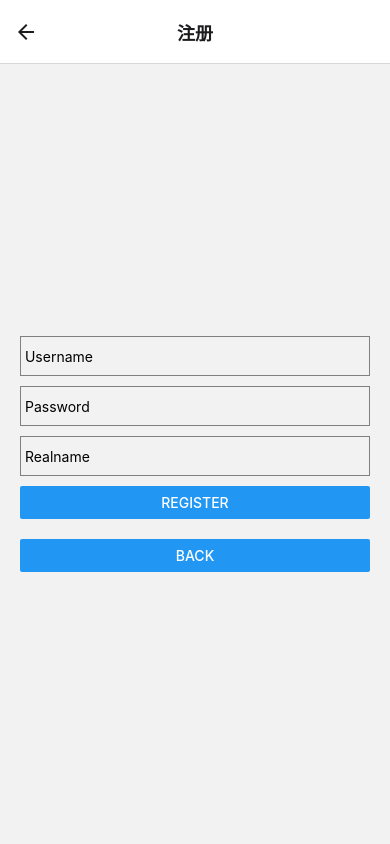
Repository: RidenShogunei/reactnative--make-an-app
Screen: /register (app in Myapp/)
The author's editor kept a copy of each file at every save. The screen is drawn from the files as they stood at one save, then again after a run of saves.
The app was drawn by React Native's web renderer in a window 390 px wide. The project was rebuilt for these pictures with package versions that can differ from the ones it lists, and the page was loaded fresh each time. Also part of the build but not shown: Myapp/pages/main.jsx.

Above is the screen before, as saved 2024-04-20 20:49:31.

### Myapp/App.js
import { NavigationContainer } from '@react-navigation/native';
import { createStackNavigator } from '@react-navigation/stack';

const Stack = createStackNavigator();
import Login from './pages/login'
import Register from './pages/register'
import Main from './pages/main'
function App() {
  return (
    <NavigationContainer>
      <Stack.Navigator initialRouteName="login">
        <Stack.Screen
          name="login"
          component={Login}
          options={{
            title: '登录',
            headerTitleAlign: 'center', // 设置标题居中
            headerTitleStyle: {
              fontWeight: 'bold', // 设置标题字体为粗体
            },
          }}
        />
        <Stack.Screen
          name="register"
          component={Register}
          options={{
            title: '注册',
            headerTitleAlign: 'center', // 设置标题居中
            headerTitleStyle: {
              fontWeight: 'bold', // 设置标题字体为粗体
            },
          }}
        />
         <Stack.Screen
          name="main"
          component={Main}
          options={{
            title: '主页',
            headerTitleAlign: 'center', // 设置标题居中
            headerTitleStyle: {
              fontWeight: 'bold', // 设置标题字体为粗体
            },
          }}
        />
      </Stack.Navigator>
    </NavigationContainer>
  );
}

export default App;

### Myapp/pages/login.jsx
// Login.jsx
import React, { useState, useEffect } from "react";
import { View, TextInput, Button, StyleSheet } from "react-native";
import { useNavigation } from "@react-navigation/native";
import api from "../api/login";
const Login = () => {
  const [username, setUsername] = useState("");
  const [password, setPassword] = useState("");
  const navigation = useNavigation();
  useEffect(() => {
    navigation.setOptions({ headerShown: false });
}, []);

  const handleLogin = async () => {
    try {
      const result = await api.login(username,password);
      console.log("登录的结果是：", result);
      if (result.data && result.data !== "fail") {
        alert("登录成功！");
        navigation.navigate("main")
        // 在这里存储用户信息
      } else {
        alert("登录失败，用户名或密码错误");
      }
    } catch (error) {
      console.log("登录失败：", error);
      alert("登录失败，请稍后再试");
    }
  };
  return (
    <View style={styles.container}>
      <TextInput
        style={styles.input}
        placeholder=" Username"
        value={username}
        onChangeText={setUsername}
      />
      <TextInput
        style={styles.input}
        placeholder=" Password"
        secureTextEntry
        value={password}
        onChangeText={setPassword}
      />

      <View style={styles.buttonContainer}>
        <Button title="Login" onPress={handleLogin} />
        <View style={styles.spacingView} />
        <Button
          title="Register"
          onPress={() => navigation.navigate("register")}
        />
      </View>
    </View>
  );
};

const styles = StyleSheet.create({
  container: { flex: 1, padding: 20, justifyContent: "center" },
  input: { height: 40, borderColor: "gray", borderWidth: 1, marginBottom: 10 },
  buttonContainer: {
    justifyContent: "center",
  },
  spacingView: {
    height: 20, // 调整这个值可以改变按钮之间的距离
  },
});
export default Login;

### Myapp/pages/register.jsx
// Register.jsx
import React, { useState, useEffect } from "react";
import { View, TextInput, Button, StyleSheet } from "react-native";
import { useNavigation } from "@react-navigation/native";
import api from "../api/login";
const Register = () => {
  const [username, setUsername] = useState("");
  const [password, setPassword] = useState("");
  const [Realname, setRealname] = useState("");
  const navigation = useNavigation();

  const handleRegister = async () => {
    try {
      const result = await api.register(username, password, Realname);
      if (result.data && result.data !== "fail") {
        alert("注册成功!!");
        navigation.navigate("main");
      } else {
        alert(result.message);
      }
    } catch (error) {
      console.log("注册失败:", error);
      alert("登录失败，发生了一些错误，稍后再试");
    }
  };

  return (
    <View style={styles.container}>
      <TextInput
        style={styles.input}
        placeholder=" Username"
        value={username}
        onChangeText={setUsername}
      />
      <TextInput
        style={styles.input}
        placeholder=" Password"
        secureTextEntry
        value={password}
        onChangeText={setPassword}
      />
      <TextInput
        style={styles.input}
        placeholder=" Realname"
        secureTextEntry
        value={Realname}
        onChangeText={setRealname}
      />
      <View style={styles.buttonContainer}>
        <Button title="Register" onPress={handleRegister} />
        <View style={styles.spacingView} />
        <Button title="Back" onPress={() => navigation.navigate("login")} />
      </View>
    </View>
  );
};

const styles = StyleSheet.create({
  container: { flex: 1, padding: 20, justifyContent: "center" },
  input: { height: 40, borderColor: "gray", borderWidth: 1, marginBottom: 10 },
  buttonContainer: {
    justifyContent: "center",
  },
  spacingView: {
    height: 20, // 调整这个值可以改变按钮之间的距离
  },
});

export default Register;

### Myapp/api/login.js
import axios from 'axios';

const login = async (username, password) => {
    const data = {
        username: username,
        password: password
    };
    try {
        const response = await axios.post('https://chenjinxu.top:6002/login', data);
        console.log(`${process.env.REACT_APP_API_URL}/login`,data)
        return response.data;
    } catch (error) {
        console.error('Error during API Call', error);
        return { error: error.message };
    }
};

const register=async (username, password,realname) => {
    const data = {
        username: username,
        password: password,
        realname:realname,
    };
    try {
        const response = await axios.post('https://chenjinxu.top:6002/register', data);
        return response.data;
    } catch (error) {
        console.error('Error during API Call', error);
        return { error: error.message };
    }
};

const  confirm=async (uid) => {
    const data = {
        uid:uid
    };
    try {
        const response = await axios.post('https://chenjinxu.top:6002/getconfirm', data);
        return response.data;
    } catch (error) {
        console.error('Error during API Call', error);
        return { error: error.message };
    }
};
const api = {
    login,
    register,
    confirm
};

export default api;

After the next 2 saves:
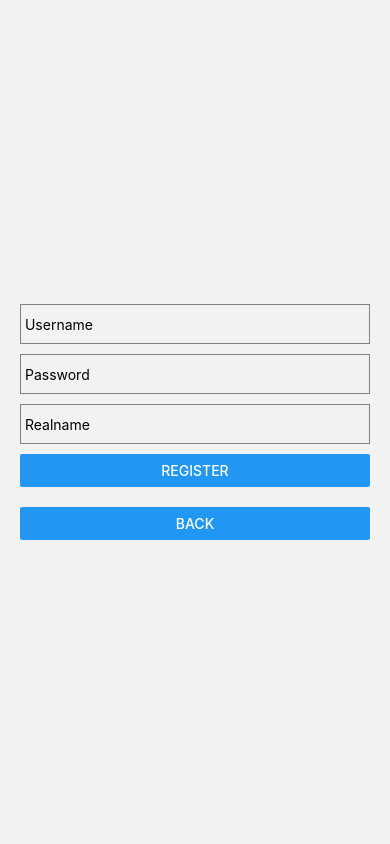
The 2 saves are shown as one change because they came seconds apart.
The last was saved 14 s later.
--- a/Myapp/pages/register.jsx
+++ b/Myapp/pages/register.jsx
@@ -8,6 +8,9 @@ const Register = () => {
   const [password, setPassword] = useState("");
   const [Realname, setRealname] = useState("");
   const navigation = useNavigation();
+  useEffect(() => {
+    navigation.setOptions({ headerShown: false });
+  }, []);
 
   const handleRegister = async () => {
     try {
